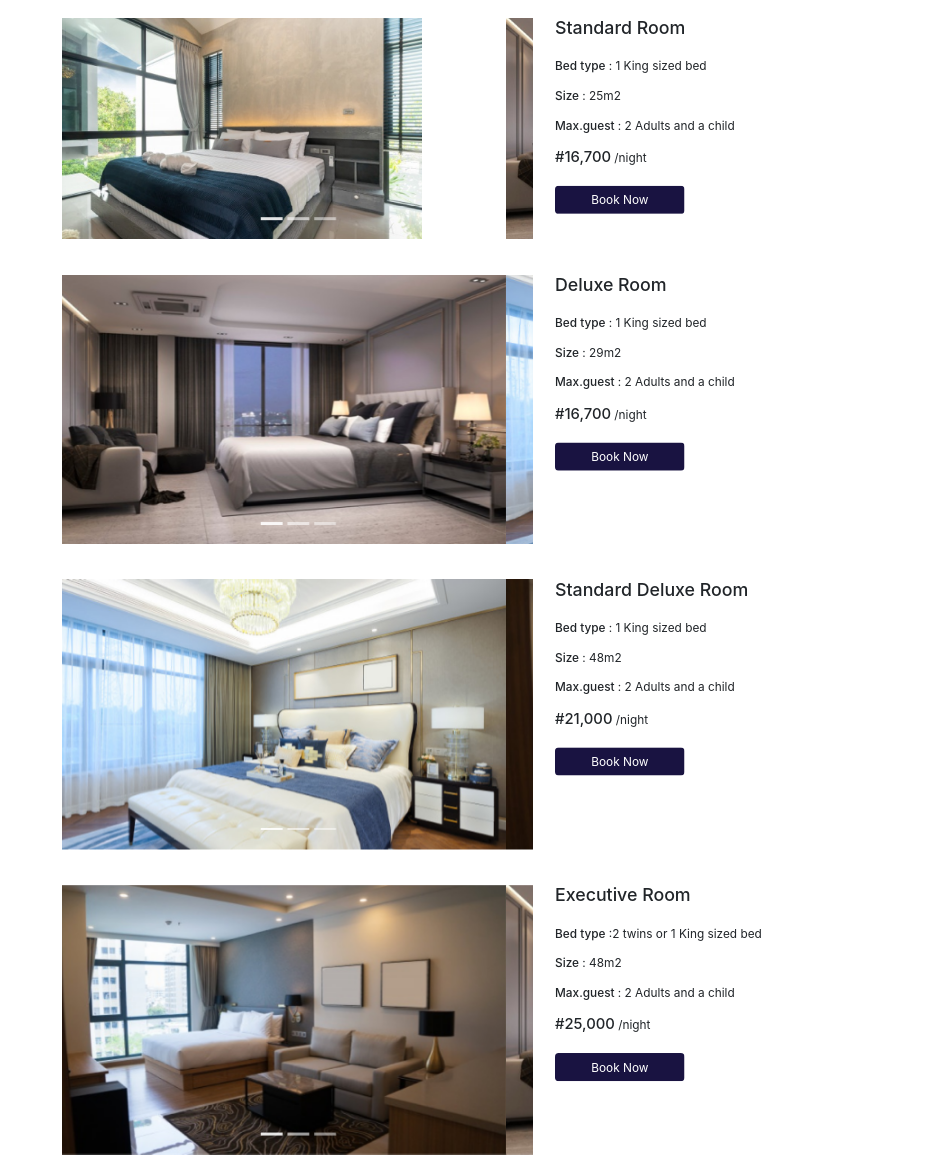
Repository: Syfon01/hotel-website
Page: room.html
These files come from the project's save history. The page is drawn as it stood at one moment and after a run of saves; the edit follows.
The browser window is 1280 px wide. The pictures show the whole page, at 74% of full size.

Above is the page before, as saved 2020-06-08 15:58:39.

### room.html
<!doctype html>
<html lang="en">
  <head>
    <title>Title</title>
    <!-- Required meta tags -->
    <meta charset="utf-8">
    <meta name="viewport" content="width=device-width, initial-scale=1, shrink-to-fit=no">

    <!-- Bootstrap CSS -->
    <link rel="stylesheet" href="https://stackpath.bootstrapcdn.com/bootstrap/4.3.1/css/bootstrap.min.css" integrity="sha384-ggOyR0iXCbMQv3Xipma34MD+dH/1fQ784/j6cY/iJTQUOhcWr7x9JvoRxT2MZw1T" crossorigin="anonymous">
    <link rel="stylesheet" href="room.css">
  </head>
  <body>
      <div class="container">
        <div class="row py-4">
          <div class="col-md-7 col-lg-7 col-12 col-sm-12">
            <div id="carouselExampleIndicators" class="carousel slide" data-ride="carousel">
              <ol class="carousel-indicators">
                <li data-target="#carouselExampleIndicators" data-slide-to="0" class="active"></li>
                <li data-target="#carouselExampleIndicators" data-slide-to="1"></li>
                <li data-target="#carouselExampleIndicators" data-slide-to="2"></li>
              </ol>
              <div class="carousel-inner">
                <div class="carousel-item active">
                  <img src="./img/hotel1.png" class="d-block w-95 img-fluid" alt="...">
                </div>
                <div class="carousel-item">
                  <img src="./img/hotel2.png" class="d-block w-95 img-fluid" alt="...">
                </div>
                <div class="carousel-item">
                  <img src="./img/hotel3.png" class="d-block w-95 img-fluid" alt="...">
                </div>
              </div>

            </div>
          </div>
          <div class="col-md-5 col-lg-5 col-12 col-sm-12">
            <h4 class="text-purple mb-4">Standard Room</h4>
            <p class="text-purple"><span class="p-font-weight">Bed type </span>: 1 King sized bed</p>
            <p class="text-purple"><span class="p-font-weight">Size</span> : 25m2</p>
            <p class="text-purple"><span class="p-font-weight">Max.guest </span>: 2 Adults and a child</p>
            <p class="text-purple mb-4"><span class="p-font-weight p-20">#16,700</span> /night</p>
            <button class="btn btn-purple px-5">Book Now</button>
          </div>
        </div>

        <div class="row py-4">
          <div class="col-md-7 col-lg-7 col-12 col-sm-12">
            <div id="carouselExampleIndicators" class="carousel slide" data-ride="carousel">
              <ol class="carousel-indicators">
                <li data-target="#carouselExampleIndicators" data-slide-to="0" class="active"></li>
                <li data-target="#carouselExampleIndicators" data-slide-to="1"></li>
                <li data-target="#carouselExampleIndicators" data-slide-to="2"></li>
              </ol>
              <div class="carousel-inner">
                <div class="carousel-item active">
                  <img src="./img/hotel2.png" class="d-block w-100 h-50 img-fluid" alt="...">
                </div>
                <div class="carousel-item">
                  <img src="./img/hotel3.png" class="d-block w-100 img-fluid" alt="...">
                </div>
                <div class="carousel-item">
                  <img src="./img/hotel4.png" class="d-block w-100 img-fluid" alt="...">
                </div>
              </div>

            </div>
          </div>
          <div class="col-md-5 col-lg-5 col-12 col-sm-12">
            <h4 class="text-purple mb-4">Deluxe Room</h4>
            <p class="text-purple"><span class="p-font-weight">Bed type </span>: 1 King sized bed</p>
            <p class="text-purple"><span class="p-font-weight">Size</span> : 29m2</p>
            <p class="text-purple"><span class="p-font-weight">Max.guest </span>: 2 Adults and a child</p>
            <p class="text-purple mb-4"><span class="p-font-weight p-20">#16,700</span> /night</p>
            <button class="btn btn-purple px-5">Book Now</button>
          </div>
        </div>

        <div class="row py-4">
          <div class="col-md-7 col-lg-7 col-12 col-sm-12">
            <div id="carouselExampleIndicators" class="carousel slide" data-ride="carousel">
              <ol class="carousel-indicators">
                <li data-target="#carouselExampleIndicators" data-slide-to="0" class="active"></li>
                <li data-target="#carouselExampleIndicators" data-slide-to="1"></li>
                <li data-target="#carouselExampleIndicators" data-slide-to="2"></li>
              </ol>
              <div class="carousel-inner">
                <div class="carousel-item active">
                  <img src="./img/hotel3.png" class="d-block w-100 h-50 img-fluid" alt="...">
                </div>
                <div class="carousel-item">
                  <img src="./img/hotel4.png" class="d-block w-100 img-fluid" alt="...">
                </div>
                <div class="carousel-item">
                  <img src="./img/hotel1.png" class="d-block w-100 img-fluid" alt="...">
                </div>
              </div>

            </div>
          </div>
          <div class="col-md-5 col-lg-5 col-12 col-sm-12">
            <h4 class="text-purple mb-4">Standard Deluxe Room</h4>
            <p class="text-purple"><span class="p-font-weight">Bed type </span>: 1 King sized bed</p>
            <p class="text-purple"><span class="p-font-weight">Size</span> : 48m2</p>
            <p class="text-purple"><span class="p-font-weight">Max.guest </span>: 2 Adults and a child</p>
            <p class="text-purple mb-4"><span class="p-font-weight p-20">#21,000</span> /night</p>
            <button class="btn btn-purple px-5">Book Now</button>
          </div>
        </div>

        <div class="row py-4">
          <div class="col-md-7 col-lg-7 col-12 col-sm-12">
            <div id="carouselExampleIndicators" class="carousel slide" data-ride="carousel">
              <ol class="carousel-indicators">
                <li data-target="#carouselExampleIndicators" data-slide-to="0" class="active"></li>
                <li data-target="#carouselExampleIndicators" data-slide-to="1"></li>
                <li data-target="#carouselExampleIndicators" data-slide-to="2"></li>
              </ol>
              <div class="carousel-inner">
                <div class="carousel-item active">
                  <img src="./img/hotel4.png" class="d-block w-100 h-50 img-fluid" alt="...">
                </div>
                <div class="carousel-item">
                  <img src="./img/hotel2.png" class="d-block w-100 img-fluid" alt="...">
                </div>
                <div class="carousel-item">
                  <img src="./img/hotel1.png" class="d-block w-100 img-fluid" alt="...">
                </div>
              </div>

            </div>
          </div>
          <div class="col-md-5 col-lg-5 col-12 col-sm-12">
            <h4 class="text-purple mb-4">Executive Room</h4>
            <p class="text-purple"><span class="p-font-weight">Bed type </span>:2 twins or 1 King sized bed</p>
            <p class="text-purple"><span class="p-font-weight">Size</span> : 48m2</p>
            <p class="text-purple"><span class="p-font-weight">Max.guest </span>: 2 Adults and a child</p>
            <p class="text-purple mb-4"><span class="p-font-weight p-20">#25,000</span> /night</p>
            <button class="btn btn-purple px-5">Book Now</button>
          </div>
        </div>
      </div>
    <!-- Optional JavaScript -->
    <!-- jQuery first, then Popper.js, then Bootstrap JS -->
    <script src="https://code.jquery.com/jquery-3.3.1.slim.min.js" integrity="sha384-q8i/X+965DzO0rT7abK41JStQIAqVgRVzpbzo5smXKp4YfRvH+8abtTE1Pi6jizo" crossorigin="anonymous"></script>
    <script src="https://cdnjs.cloudflare.com/ajax/libs/popper.js/1.14.7/umd/popper.min.js" integrity="sha384-UO2eT0CpHqdSJQ6hJty5KVphtPhzWj9WO1clHTMGa3JDZwrnQq4sF86dIHNDz0W1" crossorigin="anonymous"></script>
    <script src="https://stackpath.bootstrapcdn.com/bootstrap/4.3.1/js/bootstrap.min.js" integrity="sha384-JjSmVgyd0p3pXB1rRibZUAYoIIy6OrQ6VrjIEaFf/nJGzIxFDsf4x0xIM+B07jRM" crossorigin="anonymous"></script>
  </body>
</html>

### room.css
.text-purple:{
 color: #333333
}
.p-font-weight{
  font-weight: 500;
}
.p-20{
  font-size: 20px;
}
p{
  line-height: ;
}
.btn-purple{
  background-color: #191341;
  color: #fff;
  border-radius: 5px;
}

After the next 2 saves:
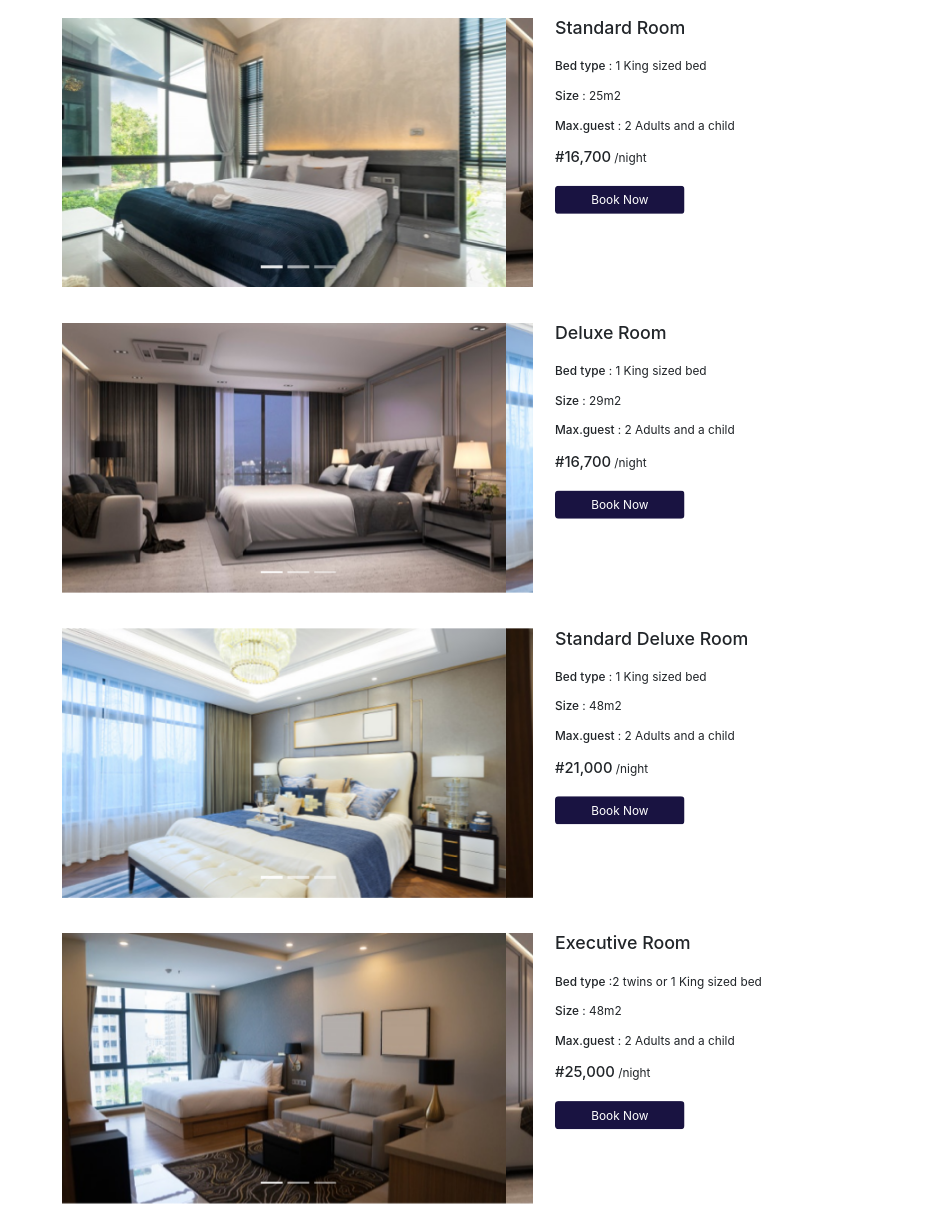
The 2 saves are shown as one change because they came seconds apart.
The last was saved 3 min 28 s later.
--- a/room.html
+++ b/room.html
@@ -22,10 +22,10 @@
               </ol>
               <div class="carousel-inner">
                 <div class="carousel-item active">
-                  <img src="./img/hotel1.png" class="d-block w-95 img-fluid" alt="...">
+                  <img src="./img/hotel1.png" class="d-block w-100 img-fluid" alt="...">
                 </div>
                 <div class="carousel-item">
-                  <img src="./img/hotel2.png" class="d-block w-95 img-fluid" alt="...">
+                  <img src="./img/hotel2.png" class="d-block w-100 img-fluid" alt="...">
                 </div>
                 <div class="carousel-item">
                   <img src="./img/hotel3.png" class="d-block w-95 img-fluid" alt="...">
